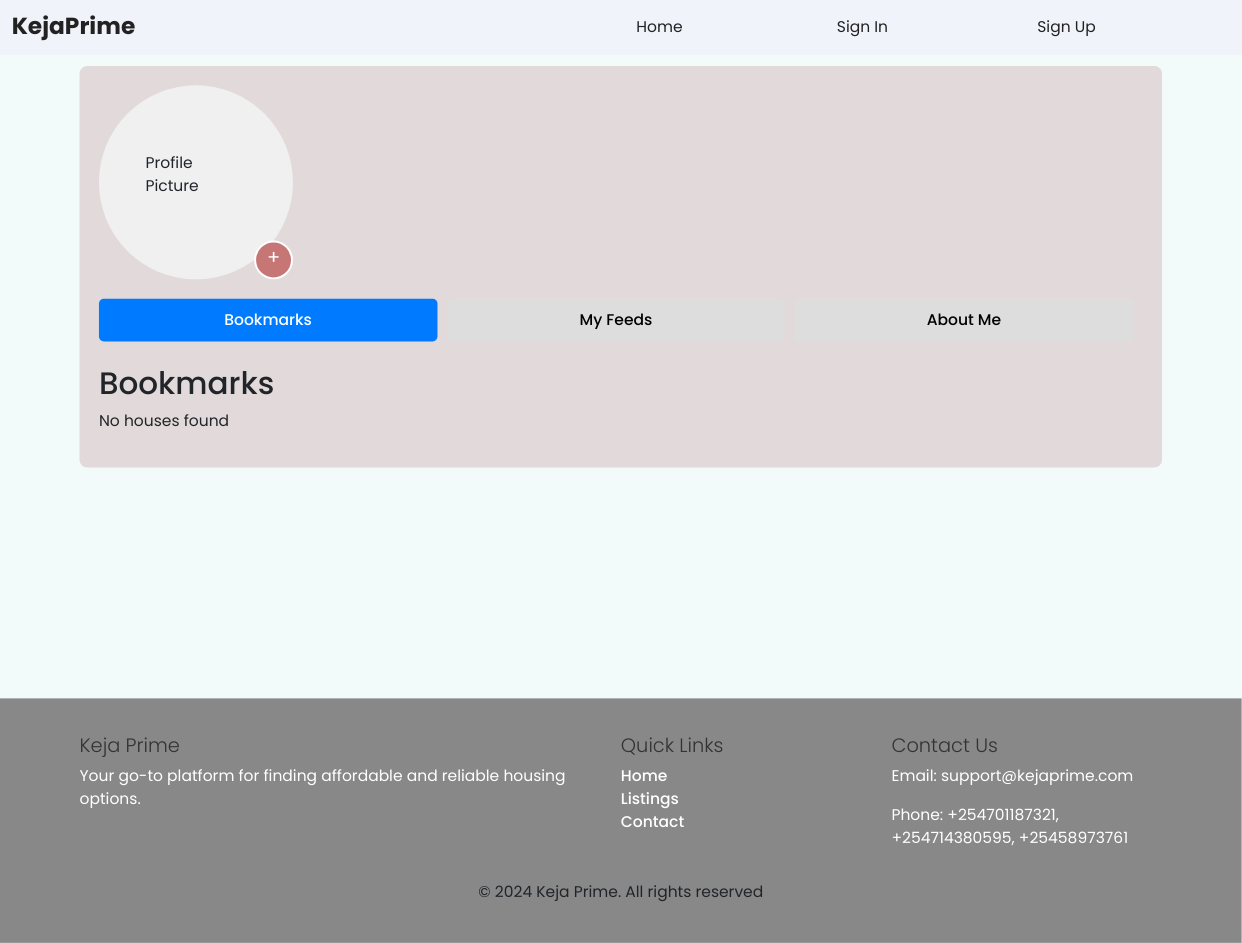
Repository: Pascal7601/kejaPrime
Page: /profile (app in frontend/)
These files come from the project's save history. The page is drawn as it stood at one moment and after the next save; the edit follows.
The browser window is 1280 px wide. The pictures show the whole page, at 97% of full size.
The page's requests for data from a server got no answer. The project was rebuilt for these pictures with package versions that can differ from the ones it lists, and the page was loaded fresh each time. No one was signed in, and anything a server would have sent is missing. Also part of the build but not shown: frontend/vite.config.js, frontend/src/styles/HeroSection.css, frontend/src/components/HeroSection.jsx, frontend/src/pages/Home.jsx, frontend/src/components/Houses.jsx, frontend/src/pages/Listings.jsx, frontend/src/styles/PostHouse.css, frontend/src/pages/PostHouse.jsx and 10 more.

Above is the page before, as saved 2024-10-22 14:44:57.

### frontend/index.html
<!doctype html>
<html lang="en">
  <head>
    <meta charset="UTF-8" />
    <link rel="icon" type="image/svg+xml" href="../frontend/src/assets/favicon.svg" />
    <meta name="viewport" content="width=device-width, initial-scale=1.0" />
    <script src="https://cdn.jsdelivr.net/npm/@popperjs/core@2.11.6/dist/umd/popper.min.js"></script>
    <script src="https://cdn.jsdelivr.net/npm/bootstrap@5.2.0/dist/js/bootstrap.bundle.min.js"></script>
    <link rel="preconnect" href="https://fonts.googleapis.com">
    <link rel="preconnect" href="https://fonts.gstatic.com" crossorigin>
    <link href="https://fonts.googleapis.com/css2?family=Poppins:ital,wght@0,100;0,200;0,300;0,400;0,500;0,600;0,700;0,800;0,900;1,100;1,200;1,300;1,400;1,500;1,600;1,700;1,800;1,900&display=swap" rel="stylesheet">
    <title>KejaPrime</title>
  </head>
  <body>
    <div id="root"></div>
    <script type="module" src="/src/main.jsx"></script>
  </body>
</html>

### frontend/src/App.jsx
import React from 'react';
import { BrowserRouter as Router, Route, Routes } from 'react-router-dom';
import { AuthProvider } from './utils/AuthContext';
import Home from './pages/Home';
import Listings from './pages/Listings';
import ProfilePage from './pages/ProfilePage';
import SignUp from './components/SignUp';
import FeedsPage from './pages/FeedsPage'
import PostHouse from './pages/PostHouse';
import SignIn from './components/SignIn';
import Dashboard from './components/Dashboard';

import './App.css';

function App() {

  return (
    <AuthProvider>
      <Router>
            <Routes>
              <Route path="/Sign-up" element={<SignUp />} />
              <Route path="/Sign-in" element={<SignIn />} />
              <Route path="/" element={<Home />} />
              <Route path="/home" element={<Home />} />
              <Route path="/dashboard" element={<Dashboard />} />
              <Route path="/feeds" element={<FeedsPage />} />
              <Route path="/listings" element={<Listings />} />
              <Route path="/profile" element={<ProfilePage />} />
              <Route path="/post-house" element={<PostHouse />} />
            </Routes>
      </Router>
    </AuthProvider>
  );
}

export default App

### frontend/src/utils/AuthContext.jsx
import React, { createContext, useEffect, useState } from 'react';
import axios from 'axios';

export const AuthContext = createContext();

export const AuthProvider = ({ children }) => {
  const [isLoggedIn, setIsLoggedIn] = useState(false);
  const [userType, setUserType] = useState('');  // Manage roles (landlord, tenant, etc.)
  const [accessToken, setAccessToken] = useState(null);

  // Fetch token from localStorage on mount
  useEffect(() => {
    const storedToken = localStorage.getItem('access_token');
    if (storedToken) {
      setAccessToken(storedToken);
      checkAuthStatus(storedToken);  // Check if token is still valid
    }
  }, []);

  // Store or remove the token from localStorage when `accessToken` changes
  useEffect(() => {
    if (accessToken) {
      localStorage.setItem('access_token', accessToken);
    } else {
      localStorage.removeItem('access_token');
    }
  }, [accessToken]);

  /**
   * Check if the user is authenticated based on the access token.
   * This function should ideally be called when the app starts (if there's a token).
   */
  const checkAuthStatus = async (token) => {
    if (!token) {
      setIsLoggedIn(false);
      return;
    }

    try {
      const response = await axios.get('http://localhost:8000/api/v1/users/profile', {
        headers: {
          Authorization: `Bearer ${token}`,
        },
      });

      if (response.status === 200) {
        setIsLoggedIn(true);
        setUserType(response.data.is_landlord ? 'landlord' : 'tenant');  // Adjust role
        console.log("User type:", response.data.is_landlord ? 'landlord' : 'tenant');
      } else {
        console.log('User not logged in');
        setIsLoggedIn(false);
        handleLogout();  // Clear token if the user is unauthorized
      }
    } catch (error) {
      console.error('Error checking authentication status:', error);
      setIsLoggedIn(false);
      handleLogout();  // Clear token in case of failure
    }
  };

  /**
   * Login function to authenticate the user and retrieve the access token.
   */
  const login = async (email, password) => {
    try {
      const response = await axios.post('http://localhost:8000/api/v1/auth/sign_in', { email, password });

      if (response.status === 200) {
        setAccessToken(response.data.access_token);
        setUserType(response.data.is_landlord ? 'landlord' : 'tenant');  // Determine role from response
        setIsLoggedIn(true);
      } else {
        console.error('Error logging in:', response.data);
      }
    } catch (error) {
      console.error('Error logging in:', error);
    }
  };

  /**
   * Logout function to clear user session and token.
   */
  const logout = () => {
    setIsLoggedIn(false);
    setUserType('');
    setAccessToken(null);
    localStorage.removeItem('access_token');
  };

  /**
   * Optionally refresh the token if needed (implement if your backend supports token refreshing).
   */

  return (
    <AuthContext.Provider value={{ isLoggedIn, userType, login, logout }}>
      {children}
    </AuthContext.Provider>
  );
};

### frontend/src/pages/ProfilePage.jsx
import React from 'react';
import Profile from "../components/Profile";
import "../styles/ProfilePage.css";

const ProfilePage = () => {
	return (
		<>
			<Profile />
		</>
	);
}

export default ProfilePage;

### frontend/src/App.css
@import url('https://fonts.googleapis.com/css2?family=Poppins:ital,wght@0,100;0,200;0,300;0,400;0,500;0,600;0,700;0,800;0,900;1,100;1,200;1,300;1,400;1,500;1,600;1,700;1,800;1,900&display=swap');
*{
	font-family: "Poppins", sans-serif;
	margin: 0;
	padding: 0;
	width: 100%;
	box-sizing: border-box;
}

body {
	margin: 0;
	font-family: "Poppins", sans-serif;
	width: 100%;
	background-color: rgb(229, 245, 245);
}

### frontend/src/components/Navbar.jsx
import React from 'react';
import { useContext } from 'react';
import { AuthContext } from '../utils/AuthContext';
import { Link, useNavigate } from 'react-router-dom';
import 'bootstrap/dist/css/bootstrap.min.css';
import '../styles/Navbar.css';


function Navbar() {
  // Destructure values from AuthContext
  const { isLoggedIn, userType, logout } = useContext(AuthContext);

  const navigate = useNavigate();

  const handleLogout = () => {
    navigate('/sign-in');
    logout(); // Call the logout function from AuthContex
  };

  return (
    <nav className="navbar navbar-expand-lg custom-navbar fixed-top">
      <div className="container-fluid">
        <Link className="navbar-brand" to="/">
          <h1>
            Keja<span>Prime</span>
          </h1>
        </Link>
        <button
          className="navbar-toggler"
          type="button"
          data-bs-toggle="collapse"
          data-bs-target="#navbarNav"
          aria-controls="navbarNav"
          aria-expanded="false"
          aria-label="Toggle navigation"
        >
          <span className="navbar-toggler-icon"></span>
        </button>
        <div className="collapse navbar-collapse" id="navbarNav">
          <ul className="navbar-nav">
            {/* Home link always available */}
            <li className="nav-item">
              <Link className="nav-link" to="/">
                Home
              </Link>
            </li>

            {isLoggedIn ? (
              <>
                {/* Tenant-specific links */}
                {userType === 'tenant' && (
                  <>
                    <li className="nav-item">
                      <Link className="nav-link" to="/dashboard">
                        Apartments
                      </Link>
                    </li>
                    {/* <li className="nav-item">
                      <Link className="nav-link" to="/listings">
                        Listings
                      </Link>
                    </li> */}
                    <li className="nav-item">
                      <Link className="nav-link" to="/feeds">
                        Feeds
                      </Link>
                    </li>
                    <li className="nav-item">
                      <Link className="nav-link" to="/profile">
                        Profile
                      </Link>
                    </li>
                  </>
                )}

                {/* Landlord-specific links */}
                {userType === 'landlord' && (
                  <>
                    <li className="nav-item">
                      <Link className="nav-link" to="/dashboard">
                        Apartments
                      </Link>
                    </li>
                    <li className="nav-item">
                      <Link className="nav-link" to="/profile">
                        Profile
                      </Link>
                    </li>
                  </>
                )}

                {/* Logout button available when logged in */}
                <li className="nav-item">
                  <button className="nav-link btn" onClick={handleLogout}>
                    Logout
                  </button>
                </li>
              </>
            ) : (
              // Display Sign In/Sign Up links when not logged in
              <>
                <li className="nav-item">
                  <Link className="nav-link" to="/sign-in">
                    Sign In
                  </Link>
                </li>
                <li className="nav-item">
                  <Link className="nav-link" to="/sign-up">
                    Sign Up
                  </Link>
                </li>
              </>
            )}
          </ul>
        </div>
      </div>
    </nav>
  );
}

export default Navbar;

### frontend/src/components/Footer.jsx
import React from 'react'
import 'bootstrap/dist/css/bootstrap.min.css';
import '../styles/Footer.css';

const Footer = () => {
	const currentYear = new Date().getFullYear();
  return (
	<footer className='footer py-4'>
		<div className='container'>
			<div className='row'>
				<div className='col-md-6'>
					<h5 className='footer-title'>Keja Prime</h5>
					<p className='footer-description'>
					Your go-to platform for finding affordable and reliable housing options.
					</p>
				</div>
				<div className="col-md-3">
					<h5 className="footer-links-title">Quick Links</h5>
            		<ul className="list-unstyled">
						<li><a href="/" className="text-white">Home</a></li>
              			<li><a href="/listings" className="text-white">Listings</a></li>
              			<li><a href="/contact" className="text-white">Contact</a></li>
            		</ul>
				</div>
				<div className='col-md-3'>
					<h5 className='footer-contact-title'> Contact Us</h5>
					<p>Email: support@kejaprime.com</p>
					<p>Phone: +254701187321, +254714380595, +25458973761</p>
				</div>
			</div>
			<div className='text-center mt-3'>
				<p className='text-dark'>&copy; {currentYear} Keja Prime. All rights reserved</p>
			</div>
		</div>
	</footer>
  );
};

export default Footer;

### frontend/src/styles/HomePage.css
.body-home{
	width: 100%;
	margin-top:20px;
}
.section-1{
	width: 100%;
	text-align: center;
}
.section-1 h2{
	font-size: 40px;
	font-weight: bold;
	color: #4ea685;
}
.about-us{
	display: flex;
	margin-top: 25px;
    flex-direction: row;
    align-items: center;
    justify-content: space-between;
    text-align: left;
	background-color: #F1F3FA;
	margin-bottom: 20px;
    padding: 20px;
    max-width: 100%;
}
.about-us img {
    max-width: 50%;
    height: 400px;
    border-radius: 8px;
    width: 400px
}

.about-us p {
    flex: 1;
    font-size: 1.1em;
    line-height: 2;
    margin-left: 15px;
    color: #333;
}


@media (max-width: 768px) {
    .about-us {
        flex-direction: column;
        text-align: center;
    }

    .about-us img {
        max-width: 80%;
        margin-bottom: 20px;
    }

    .about-us p {
		text-align: left;
        margin-left: 0;
        font-size: 1em;
    }
}

/**--------Goals-----------**/
.body-home h4{
	font-weight: 300;
}
.goals{
	display: flex;
	margin-top: 25px;
    flex-direction: row;
    align-items: center;
    justify-content: space-between;
    text-align: left;
	margin-bottom: 20px;
    padding: 20px;
    max-width: 100%;
}
.goals img {
    max-width: 50%;
    height: 400px;
    border-radius: 8px;
}

.p-goals {
	border: 1px solid red;
	display: flex;
	align-items: center;
	font-size: 1.1em;
	line-height: 2;
	color: #333;
}

.icon-wrapper {
	width: 20px;
	height: 20px;
	display: flex;
	justify-content: center;
	align-items: center;
}
.list {
	align-items: center;
	background: url( '../assets/circle.svg');
	background-repeat: no-repeat;
	font-size: 18px;
	line-height: 3rem;
	padding: 20px;
    text-align: left;
	background-position: calc(-50% - 20px) top;
	border-radius: 10px;
	box-shadow: 0 4px 6px #4ea685;
}
ul {
	border-radius: 10px;
	list-style: none;
}
.icon-wrapper svg circle {
	stroke-width: 2px;
	stroke-linecap: round;
	stroke-linejoin: round;
}

@media (max-width: 768px) {
    .goals {
        flex-direction: column;
        text-align: center;
    }

    .goals img {
        max-width: 80%;
        margin-bottom: 20px;
    }
	.list {
		background: none;
	}


    .goals p {
		text-align: left;
        margin-left: 0;
        font-size: 1em;
    }
}

### frontend/src/styles/Footer.css
.footer{
	background: #4ea685;
	color: #222222;
}

### frontend/src/styles/FeedsPage.css
@import url('https://fonts.googleapis.com/css2?family=Poppins:ital,wght@0,100;0,200;0,300;0,400;0,500;0,600;0,700;0,800;0,900;1,100;1,200;1,300;1,400;1,500;1,600;1,700;1,800;1,900&display=swap');
.right-side::-webkit-scrollbar {
    display: none;
}
body {
    -ms-overflow-style: none;
    scrollbar-width: none;
}
.feeds-page {
	height: 100vh;
	overflow: hidden;
}
.right-side{
	width:60%;
	margin-top: 60px;
	display: flex;
  	justify-content: center;
	padding-bottom: 20px;
}

.row {
height: 100%;
}

.create-feed {
	position: fixed;
	background-color: #F1F3FA;
	top: 28%;
	width: 100%;
	max-width: 550px;
	z-index: 1;
}
.right-side {
	overflow-y: auto;
	height: 100%;
	background: radial-gradient(circle, #4ea685, #3e8f70);
	padding-bottom:20px;
	text-align: center;
}
.feed-item {
	position: relative;
	border: 1px solid #ddd;
	border-radius: 8px;
	background-color: #fff;
	padding: 10px;
	margin-bottom: 15px;
}
.feed-item {
	display: flex;
  	justify-content: center;
	text-align: center;
	width: 70%;
	margin-left: 80px;
}

.feed-img {
	max-width: 100%;
	background-size: cover;
	height: 400px;
	border-radius: 5px;
}
.btn1{
	color: #fff;
	background-color: #4ea685;
	border: none;
	max-width: 100px;
	font-weight: 200;
}
.form-control{
	border: none;
}
h5{
	font-weight: 300;
	color: #333;
}
.creat{
	font-weight: 500;
	color: #4ea685;
	margin-bottom: 20px;
}
/*-----Bookmark-------*/
.bookmark-btn{
	display: flex; /* Enable flexbox */
  	justify-content: center;
	position: absolute;
	bottom: 10px;
	justify-content: center;
	width: 30px;
	align-items: center;
	right: 15px;
	background-color: rgba(0, 0, 0, 0.5);
	color: #fff;
	background: none;
	padding: 8px 12px;
	border: none;
	cursor: pointer;
	border-radius: 5px;
	padding: 0;

}
.bookmark-btn svg {
	width: 100%;
	height: 100%;
	color: #333;
	border: none;
	font-weight: 500;
	fill: currentColor;
}
.bookmark-btn svg:hover {
	background: #4ea685;
}


@media (max-width: 768px) {
	.right-side {
	  width: 100%;
	  margin-top: 100px;
	}
	.create-feed{
		display: none;
	}
	.left-side{
		display: flex;
		flex-direction: column;
		gap: 10px;
		width: 100%;
	}
}
@media (max-width: 480px) {
	.house-row {
	  grid-template-columns: 1fr;
	}
	.left-side{
		display: flex;
		flex-direction: row;
		flex-wrap: wrap;
		gap: 10px;
		width: 100%;
	}
	.create-feed{
		display: none;
	}
}

### frontend/src/styles/Navbar.css
nav ul {
	list-style-type: none;
	margin: 0;
	padding: 0;
	justify-content: flex-end;
  }
.nav-item1 {
	padding-top: 10px;
	border: 1px solid red;
}
  nav ul li a {
	text-decoration: none;
	color: #333;
	font-weight: bold;
  }

  nav h1 {
	display: inline-block;
	margin: 0;
	font-size: 24px;
	font-weight: bold;
  }
  h1 span {
}
.custom-navbar {
	background-color: #F1F3FA;
	color: #222222;
}

.custom-navbar .navbar-nav .nav-link {
	color: #222222;
}

  .custom-navbar .navbar-brand {
	color: #222222;

  }

  .custom-navbar .navbar-toggler-icon {
	filter: brightness(100%);
  }

  .custom-navbar .navbar-nav .nav-link:hover {
	color: #4ea685;
  }

  .custom-navbar .btn-link {
	color: #ffffff;
  }

### frontend/src/styles/Houses.css
@import url('https://fonts.googleapis.com/css2?family=Poppins:ital,wght@0,100;0,200;0,300;0,400;0,500;0,600;0,700;0,800;0,900;1,100;1,200;1,300;1,400;1,500;1,600;1,700;1,800;1,900&display=swap');
body, html {
	margin: 0;
	padding: 0;
	box-sizing: border-box;
	font-family: "Poppins", sans-serif;
	width: 100%;
}
.houses-container {
	display: flex;
	flex-direction: column;
	align-items: center;
	padding: 1.5rem;
	margin-top: 50px;
	width: 100%;

}

.house-row{
	display: grid;
	grid-template-columns: repeat(auto-fill, minmax(250px, 1fr));
	gap: 1rem;
	width: 100%;

}

.house-card {
	background-color: #F1F3FA;
	padding: 10px;
	border-radius: 8px;
	margin: 0 10px;
	box-shadow: 0 4px 6px rgba(0, 0, 0, 0.1);
	transition: transform 0.2s ease-in-out;
  	flex-direction: column;

}

.house-card:hover {
	transform: translateY(-5px);
}

.house-image {
	width: 100%;
	object-fit: cover;
	border-top-left-radius: 8px;
	border-top-right-radius: 8px;
}

.house-info {
	padding: 1.5rem;
}

h5 {
	margin-top: 12px;
	font-weight: 400;
	color: #003b95;
	margin-bottom: 0.5rem;
}
.price{
	color: #003b95;
}

strong {
	font-weight: bold;
}
.location-icon {
	margin-right: 5px;
	margin-left: 5px;
	width: 10%;
	color: #e0354b;
 	align-items: center;
	margin: 0;
}
.icon-locator{
	display: flex;

}
.price{
	color: #498862;
	font-weight: 700;
	font-size: 16px;
}

.p{
	font-size: 14px;
	color: #060b20;
	margin: 0;
	line-height: 1.5;
	font-weight: 300;
}

.filter-bar {
	display: flex;
	justify-content: space-between;
	margin-bottom: 20px;
}

.filter-bar input,
.filter-bar button {
	padding: 5px 10px;
	font-size: 16px;
}
.save-button {
	border: 1px solid red;
}
@media (max-width: 768px) {
	.house-row {
	  grid-template-columns: repeat(auto-fill, minmax(200px, 1fr));
	}
}
@media (max-width: 480px) {
	.house-row {
	  grid-template-columns: 1fr;
	}
}

### frontend/src/styles/Profile.css
.navbar {
    margin-bottom: 10px;
}
/* Profile page container */
.profile-page {
  display: flex;
  justify-content: center;
  align-items: flex-start;
  padding: 20px;
  background-color: rgba(255, 255, 255, 0.5);
  min-height: 100vh;
}

.profile-container {
  display: flex;
  gap: 20px;
  align-items: flex-start;  /* Align items to the top */
}

/* Landlord-specific layout */
.landlord-layout {
  flex-direction: row;
}

.tenant-layout {
  flex-direction: column;
}

/* Left Panel for PostHouse form */
.left-panel {
  flex: 1;  /* Adjusts based on screen size */
  max-width: 300px;
  padding: 15px;
  background-color: #ebc1c1;
  border-radius: 8px;
  margin-right: 20px;
}
.left-panel h4 {
  margin-bottom: 15px;
  font-weight: bold;
  font-family:Arial, Helvetica, sans-serif;
}

/* Right Panel */
.right-panel {
  flex: 3;  /* Takes up more space for profile details */
  padding: 20px;
  background-color: #e2dada;
  border-radius: 8px;
}
/* Full-width for tenant */
.full-width {
  flex: 1;
  width: 100%;
}
.profile-header {
    margin-bottom: 20px;
}
.profile-picture-container {
  position: relative;
  width: 200px; /* Adjust the size as needed */
  height: 200px; /* Adjust the size as needed */
}
#file-upload {
  display: none; /* Hide the actual file input */
}
.profile-picture-container button {
  width: 100%; /* Make the button fill the container width */
}
.profile-picture {
  width: 100%;
  height: 100%;
  border-radius: 50%;
  object-fit: cover;
}
.placeholder-circle {
  width: 100%;
  height: 100%;
  border-radius: 50%;
  background-color: #f0f0f0;
  display: flex;
  justify-content: center;
  align-items: center;
  font-size: 16px;
}

.plus-sign-label {
  position: absolute;
  bottom: 0;
  right: 0;
  width: 40px;
  height: 40px;
  background-color: rgb(199, 118, 118);
  color: #fff;
  border-radius: 50%;
  text-align: center;
  line-height: 30px;
  font-size: 20px;
  cursor: pointer;
  border: 2px solid #fff;
}
.plus-sign-label:hover {
  background-color: #ddd;
}

/* Tabs */
.profile-tabs {
    display: flex;
    justify-content: space-around;
    margin-bottom: 20px;
}

.tab-button {
    padding: 10px 20px;
    border: none;
    cursor: pointer;
    background-color: #ddd;
    border-radius: 5px;
    margin-right: 10px;
    transition: background-color 0.3s, color 0.3s; /* Smooth transition for hover effect */
}
.tab-button:hover {
    background-color: #00b3a4; /* light green on hover */
    color: #f0f0f0; /* Lighter text color on hover */
}

.tab-button.active {
    background-color: #007bff;
    color: white;
}

/* Tenant View - No Left or Right Panels */
.tenant-view .left-panel {
  display: none;
}

/* House list styling */
.houses-section {
    width: 100%;
}

.house-list {
    display: flex;
    flex-wrap: wrap;
    gap: 20px;
    justify-content: center;
}

.house-item {
    background-color: #f9f9f9;
    border: none;
    border-radius: 10px;
    padding: 15px;
    width: 300px;
    text-align: center;
}

.house-image {
    max-width: 100%;
    height: auto;
}

.profile-about {
    text-align: left;
    width: 100%;
    max-width: 600px;
}

/* feed section styling */
.feed-list {
    display: flex;
    flex-wrap: wrap;
    justify-content: start;
    gap: 20px;
    margin-top: 20px;
  }

  .feed-item {
    background-color: #f9f9f9;
    padding: 20px;
    border-radius: 10px;
    box-shadow: 0 2px 8px rgba(0, 0, 0, 0.1);
    width: 300px; /* Set the width for each card */
    display: flex;
    flex-direction: column;
    align-items: center;
  }

  .feed-image {
    width: 100%; /* Make the image fit within the card */
    height: 200px;
    object-fit: cover; /* Ensure the image scales without distortion */
    border-radius: 10px;
    margin-bottom: 15px;
  }

  .feed-item p {
    margin: 5px 0; /* Spacing between paragraphs */
  }
  .footer {
    padding: 10px 0; /* Add padding for the footer */
    margin-top: 0px;
    background-color: #888;
    color: white;
  }

  /* For smaller screens */
  @media (max-width: 768px) {
    .feed-list {
      flex-direction: column; /* Stack the feed cards on small screens */
    }

    .feed-item {
      width: 100%; /* Take up full width on small screens */
    }
  }

Loaded but not shown: frontend/src/main.jsx (common file); frontend/src/index.css (common file); frontend/src/components/Profile.jsx (316 lines, source omitted); frontend/src/styles/ProfilePage.css (no stored copy; drawn as an empty file)

After the next save:
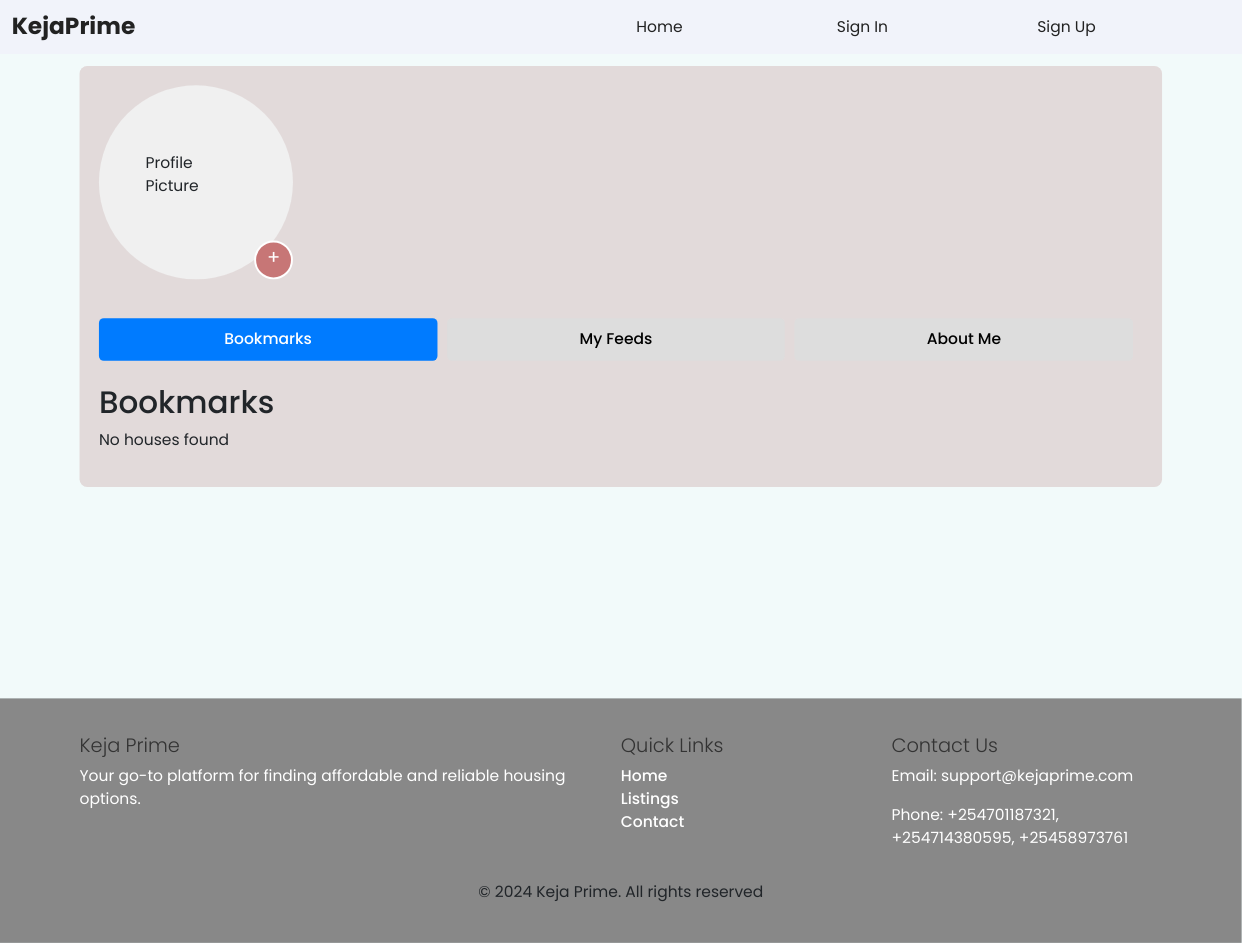
Saved 57 s later.
--- a/frontend/src/styles/Profile.css
+++ b/frontend/src/styles/Profile.css
@@ -54,7 +54,7 @@
   width: 100%;
 }
 .profile-header {
-    margin-bottom: 20px;
+    margin-bottom: 40px;
 }
 .profile-picture-container {
   position: relative;
